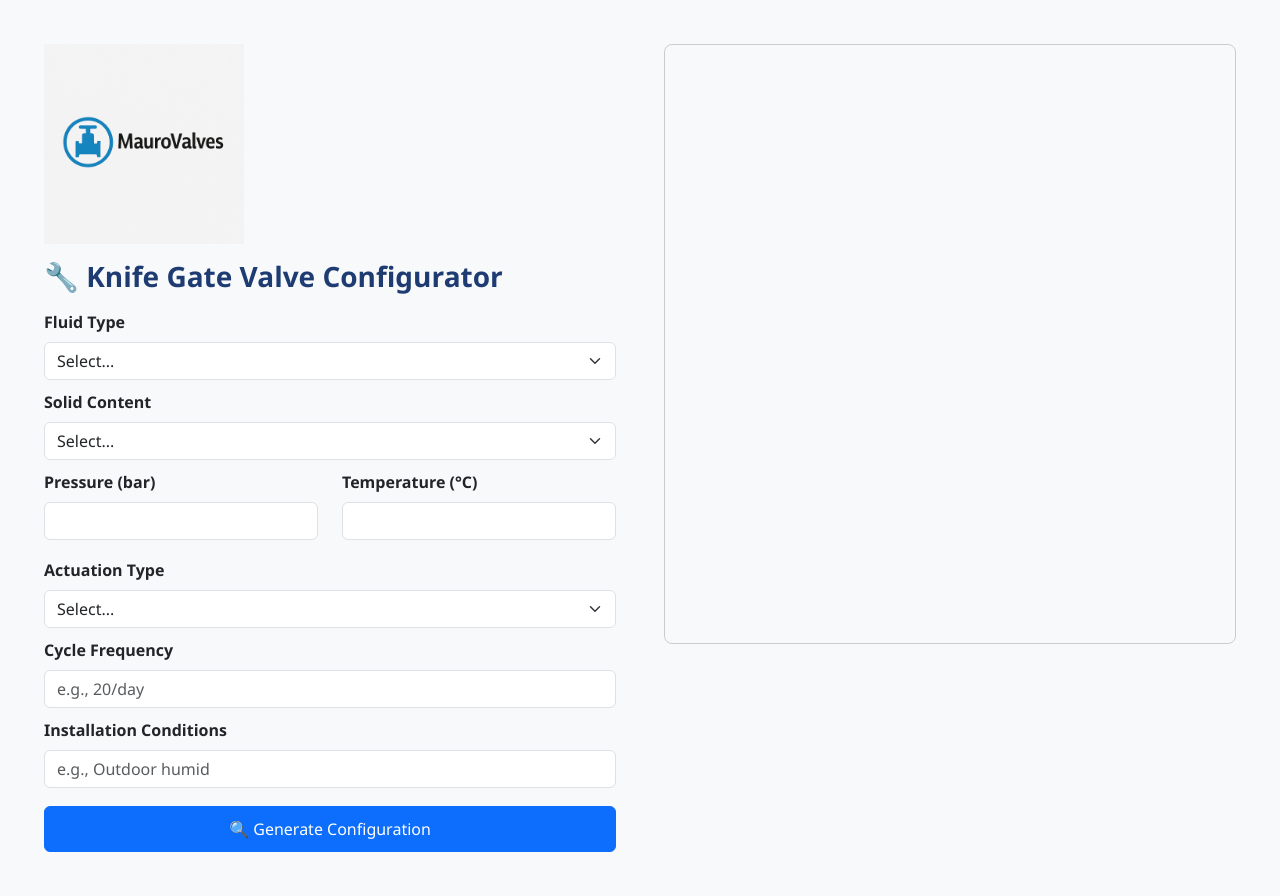
Repository: mauriciodelopez/valve_configurator
Page: http://localhost/
The author's editor kept a copy of each file at every save. The page is drawn from the files as they stood at one save, then again after a run of saves.
The browser window is 1280 px wide. The pictures show the whole page.
The page is served by the project's application, run on Flask 3 (app.py).

Above is the page before, as saved 2025-07-17 09:49:59.
Console error: SyntaxError: missing ) after argument list

### templates/index.html
<!DOCTYPE html>
<html lang="en">
<head>
  <meta charset="UTF-8" />
  <meta name="viewport" content="width=device-width, initial-scale=1.0"/>
  <title>🔧 MauroValves Configurator</title>

  <!-- Bootstrap CSS -->
  <link href="https://cdn.jsdelivr.net/npm/bootstrap@5.3.3/dist/css/bootstrap.min.css" rel="stylesheet">
  <link rel="stylesheet" href="/static/css/style.css">
</head>

<body>
  <div class="container-fluid mt-4">
    <div class="row">

      <!-- LEFT: Valve Configurator Form -->
      <div class="col-lg-6 mb-4 px-4">
        <img src="/static/img/maurovalves_logo.png" alt="MauroValves Logo" class="img-fluid mb-3" style="max-width: 200px;">
        <h3 class="mb-3">🔧 Knife Gate Valve Configurator</h3>

        <form method="POST" action="/generate">
          <div class="mb-2">
            <label for="fluid" class="form-label">Fluid Type</label>
            <select name="fluid" id="fluid" class="form-select" required>
              <option value="">Select...</option>
              <option>Water</option>
              <option>Slurry</option>
              <option>Acid</option>
              <option>Chemical</option>
            </select>
          </div>

          <div class="mb-2">
            <label for="solid_content" class="form-label">Solid Content</label>
            <select name="solid_content" id="solid_content" class="form-select" required>
              <option value="">Select...</option>
              <option>None</option>
              <option>Low</option>
              <option>Medium</option>
              <option>High</option>
            </select>
          </div>

          <div class="row">
            <div class="col">
              <label for="pressure" class="form-label">Pressure (bar)</label>
              <input type="number" name="pressure" id="pressure" class="form-control" required>
            </div>
            <div class="col">
              <label for="temperature" class="form-label">Temperature (°C)</label>
              <input type="number" name="temperature" id="temperature" class="form-control" required>
            </div>
          </div>

          <div class="mb-2 mt-2">
            <label for="actuation_type" class="form-label">Actuation Type</label>
            <select name="actuation_type" id="actuation_type" class="form-select" required>
              <option value="">Select...</option>
              <option>Pneumatic</option>
              <option>Electric</option>
              <option>Manual</option>
            </select>
          </div>

          <div class="mb-2">
            <label for="cycle_frequency" class="form-label">Cycle Frequency</label>
            <input type="text" name="cycle_frequency" id="cycle_frequency" class="form-control" placeholder="e.g., 20/day" required>
          </div>

          <div class="mb-2">
            <label for="conditions" class="form-label">Installation Conditions</label>
            <input type="text" name="conditions" id="conditions" class="form-control" placeholder="e.g., Outdoor humid" required>
          </div>

          <button type="submit" class="btn btn-primary w-100 mt-2">🔍 Generate Configuration</button>
        </form>

        {% if data %}
        <!-- Download PDF Button -->
        <form method="POST" action="/pdf" target="_blank">
          {% for key, value in data.items() %}
            <input type="hidden" name="{{ key }}" value="{{ value }}">
          {% endfor %}
          <button class="btn btn-success w-100 mt-2">📄 Download PDF Datasheet</button>
        </form>
        {% endif %}

        {% if result %}
        <!-- Show Recommendations -->
        <div class="alert alert-info mt-3">
          {{ result }}
          {% if recommendations %}
          <ul>
            <li><strong>Seat Type:</strong> {{ recommendations.seat_type }}</li>
            <li><strong>Body Material:</strong> {{ recommendations.body_material }}</li>
            <li><strong>Actuation:</strong> {{ recommendations.actuation }}</li>
          </ul>
          {% endif %}
        </div>
        {% endif %}
      </div>

      <!-- RIGHT: 3D Model Viewer -->
      <div class="col-lg-6 px-4">
        <div id="container3D" style="width: 100%; height: 600px; border: 1px solid #ccc; border-radius: 8px;"></div>
      </div>

    </div>
  </div>

  <!-- ✅ Load viewer3D logic with ES6 module -->
  <script type="module" src="/static/js/viewer3D.js"></script>
</body>
</html>

### app.py
from flask import Flask, render_template, request, send_file
from xhtml2pdf import pisa
from io import BytesIO

app = Flask(__name__)

# 🔹 Home page with form
@app.route('/')
def home():
    return render_template('index.html')

# 🔹 Handle form submission and display results
@app.route('/generate', methods=['POST'])
def generate():
    data = {
        'fluid': request.form.get('fluid'),
        'solid_content': request.form.get('solid_content'),
        'flow_direction': request.form.get('flow_direction'),
        'pressure': float(request.form.get('pressure', 0)),
        'temperature': float(request.form.get('temperature', 0)),
        'line_size': request.form.get('line_size'),
        'installation_position': request.form.get('installation_position'),
        'body_material': request.form.get('body_material'),
        'seat_type': request.form.get('seat_type'),
        'gate_material': request.form.get('gate_material'),
        'port_design': request.form.get('port_design'),
        'flange_type': request.form.get('flange_type'),
        'actuation_type': request.form.get('actuation_type'),
        'voltage': request.form.get('voltage'),
        'control_type': request.form.get('control_type'),
        'signal_type': request.form.get('signal_type'),
        'enclosure_rating': request.form.get('enclosure_rating'),
        'manual_override': request.form.get('manual_override'),
        'air_supply': request.form.get('air_supply'),
        'positioner': request.form.get('positioner'),
        'solenoid_valve': request.form.get('solenoid_valve'),
        'limit_switches': request.form.get('limit_switches'),
        'frl': request.form.get('frl'),
        'cycle_frequency': request.form.get('cycle_frequency'),
        'opening_speed': request.form.get('opening_speed'),
        'space': request.form.get('space'),
        'conditions': request.form.get('conditions'),
        'certifications': request.form.get('certifications')
    }

    recommendations = generate_recommendations(data)

    result = "Custom Knife Gate Valve configuration received. Please review your inputs and the recommended options."

    return render_template('index.html', result=result, data=data, recommendations=recommendations)

# 🔹 Smart advisor logic
def generate_recommendations(data):
    rec = {}

    # Seat Type
    if data['fluid'] and data['fluid'].lower() == 'water' and data['temperature'] > 100:
        rec['seat_type'] = 'PTFE'
    elif data['solid_content'] and ('slurry' in data['fluid'].lower() or 'high' in data['solid_content'].lower()):
        rec['seat_type'] = 'Metal'
    else:
        rec['seat_type'] = 'EPDM'

    # Body Material
    if data['fluid'] and ('acid' in data['fluid'].lower() or 'chemical' in data['fluid'].lower()):
        rec['body_material'] = 'Stainless Steel'
    elif data['temperature'] > 150:
        rec['body_material'] = 'Carbon Steel'
    else:
        rec['body_material'] = 'Ductile Iron'

    # Actuation
    actuation = data.get('actuation_type', '').lower()
    if actuation == 'pneumatic':
        if data['cycle_frequency']:
            try:
                cycles = int(data['cycle_frequency'].split('/')[0])
                if cycles > 30:
                    rec['actuation'] = 'Pneumatic, Double-Acting, With Positioner'
                else:
                    rec['actuation'] = 'Pneumatic, Single-Acting'
            except:
                rec['actuation'] = 'Pneumatic Actuator'
        else:
            rec['actuation'] = 'Pneumatic Actuator'
    elif actuation == 'electric':
        if data['conditions'] and 'outdoor' in data['conditions'].lower():
            rec['actuation'] = 'Electric Actuator, IP67 Enclosure'
        else:
            rec['actuation'] = 'Electric Actuator, IP65 Enclosure'
    else:
        rec['actuation'] = 'Manual (Handwheel or Gear)'

    return rec

# 🔹 PDF generation
@app.route('/pdf', methods=['POST'])
def generate_pdf():
    data = request.form.to_dict()

    recommendations = generate_recommendations({
        **data,
        'temperature': float(data.get('temperature', 0)),
        'pressure': float(data.get('pressure', 0)),
        'solid_content': data.get('solid_content', ''),
        'fluid': data.get('fluid', ''),
        'actuation_type': data.get('actuation_type', ''),
        'conditions': data.get('conditions', ''),
        'cycle_frequency': data.get('cycle_frequency', '')
    })

    html = render_template('pdf_template.html', data=data, recommendations=recommendations)
    pdf = BytesIO()
    pisa_status = pisa.CreatePDF(html, dest=pdf)
    pdf.seek(0)

    if pisa_status.err:
        return "Error generating PDF", 500

    return send_file(pdf, as_attachment=True, download_name="datasheet.pdf", mimetype='application/pdf')

# 🔹 Run the app
if __name__ == '__main__':
    app.run(debug=True, port=5001)

### static/css/style.css
/* === GENERAL PAGE === */
body {
  background-color: #f8f9fa;
  font-family: 'Segoe UI', Tahoma, Geneva, Verdana, sans-serif;
  padding: 20px;
}

/* === LOGO === */
img {
  max-width: 100%;
  height: auto;
}

/* === FORM LABELS === */
.form-label {
  font-weight: 600;
}

/* === BUTTONS === */
button.btn {
  font-weight: 500;
  padding: 10px 20px;
  border-radius: 6px;
}

@media (max-width: 576px) {
  .btn {
    width: 100%;
  }
  h2 {
    font-size: 1.5rem;
  }
}

/* === ALERT BOX === */
.alert ul {
  padding-left: 20px;
}

/* === 3D VIEWER CONTAINER === */
#viewer-container {
  width: 100%;
  height: 400px;
  border: 1px solid #ccc;
  border-radius: 8px;
  background-color: #fff;
}

/* Make viewer taller on larger screens */
@media (min-width: 768px) {
  #viewer-container {
    height: 600px;
  }
}

/* === FORM INPUTS === */
input.form-control,
select.form-select {
  margin-bottom: 10px;
}

/* === TITLES === */
h3 {
  font-weight: 600;
  color: #1e3c72;
}

### static/js/viewer3D.js
// viewer3D.js
import * as THREE from "https://cdn.skypack.dev/three@0.129.0/build/three.module.js";
import { OrbitControls } from "https://cdn.skypack.dev/three@0.129.0/examples/jsm/controls/OrbitControls.js";
import { GLTFLoader } from "https://cdn.skypack.dev/three@0.129.0/examples/jsm/loaders/GLTFLoader.js";

// Create scene
const scene = new THREE.Scene();
scene.background = new THREE.Color(0xf0f0f0);

// Camera
const camera = new THREE.PerspectiveCamera(75, window.innerWidth / window.innerHeight, 0.1, 1000);
camera.position.set(0, 1, 3);

// Renderer
const renderer = new THREE.WebGLRenderer({ antialias: true });
renderer.setSize(window.innerWidth, window.innerHeight);
document.getElementById("container3D").appendChild(renderer.domElement);

// Lights
const ambientLight = new THREE.AmbientLight(0xffffff, 0.6);
scene.add(ambientLight);
const directionalLight = new THREE.DirectionalLight(0xffffff, 0.8);
directionalLight.position.set(5, 10, 7.5);
scene.add(directionalLight);

// Controls
const controls = new OrbitControls(camera, renderer.domElement);
controls.enableDamping = true;
controls.dampingFactor = 0.1;

// Load model
const loader = new GLTFLoader();
loader.load(
  "/static/models/valve_dn/scene.gltf",
loader.load(
  "/static/models/valve_dn/scene.gltf",
  (gltf) => {
    const model = gltf.scene;
    model.scale.set(1, 1, 1);
    model.rotation.y = Math.PI;
    model.position.set(0, -0.5, 0);
    scene.add(model);
    console.log("✅ 3D model loaded");
  },
  undefined,
  (error) => {
    console.error("❌ Error loading model", error);
  }
);

// Animate
function animate() {
  requestAnimationFrame(animate);
  controls.update();
  renderer.render(scene, camera);
}
animate();

// Resize handler
window.addEventListener("resize", () => {
  camera.aspect = window.innerWidth / window.innerHeight;
  camera.updateProjectionMatrix();
  renderer.setSize(window.innerWidth, window.innerHeight);
});

After the next 2 saves:
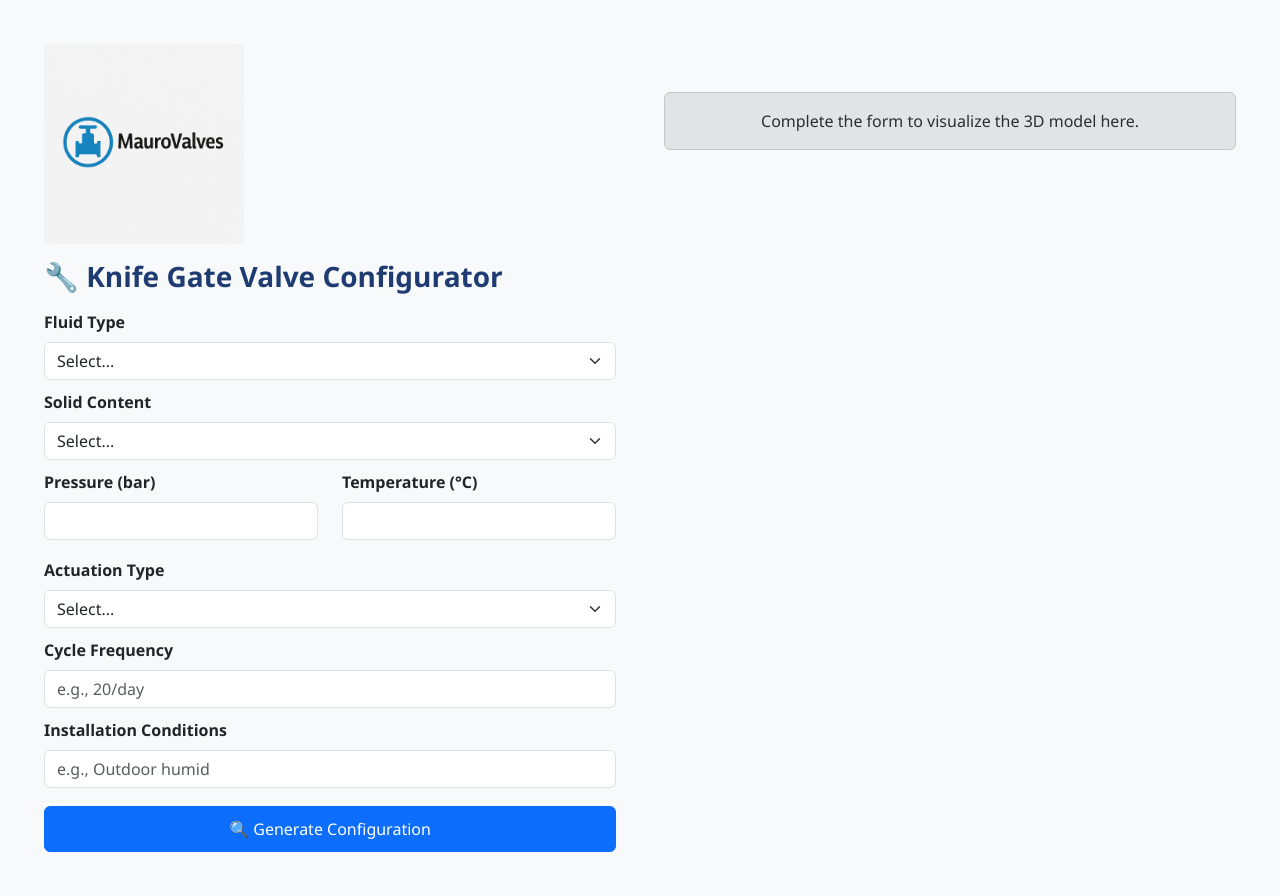
The error is gone.
The 2 saves are shown as one change because they came seconds apart.
The last was saved 7 min 36 s later.
--- a/templates/index.html
+++ b/templates/index.html
@@ -103,13 +103,15 @@
 
       <!-- RIGHT: 3D Model Viewer -->
       <div class="col-lg-6 px-4">
+        {% if result %}
         <div id="container3D" style="width: 100%; height: 600px; border: 1px solid #ccc; border-radius: 8px;"></div>
+        <script type="module" src="/static/js/viewer3D.js"></script>
+        {% else %}
+        <div class="alert alert-secondary text-center mt-5">Complete the form to visualize the 3D model here.</div>
+        {% endif %}
       </div>
 
     </div>
   </div>
-
-  <!-- ✅ Load viewer3D logic with ES6 module -->
-  <script type="module" src="/static/js/viewer3D.js"></script>
 </body>
 </html>
